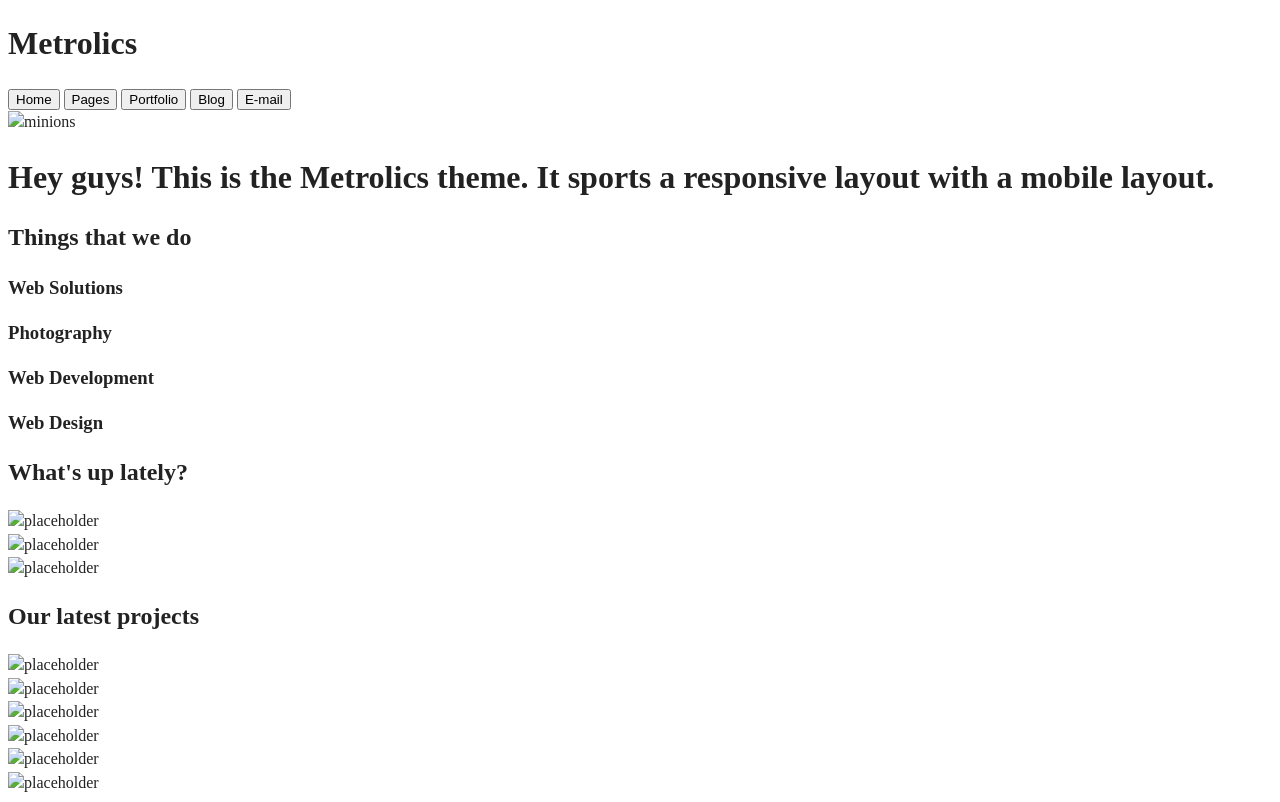
Repository: alemunden/HTML-Structure-and-Git
Page: index.html
These files come from the project's save history. The page is drawn as it stood at one moment and after the next save; the edit follows.
The browser window is 1280 px wide. The pictures show the whole page.

Above is the page before, as saved 2024-01-24 19:45:56.

### index.html
<!doctype html>
<html class="no-js" lang="">

<head>
  <meta charset="utf-8">
  <meta name="viewport" content="width=device-width, initial-scale=1">
  <title></title>
  <link rel="stylesheet" href="css/style.css">
  <meta name="description" content="">

  <meta property="og:title" content="">
  <meta property="og:type" content="">
  <meta property="og:url" content="">
  <meta property="og:image" content="">

  <link rel="icon" href="/favicon.ico" sizes="any">
  <link rel="icon" href="/icon.svg" type="image/svg+xml">
  <link rel="apple-touch-icon" href="icon.png">

  <link rel="manifest" href="site.webmanifest">
  <meta name="theme-color" content="#fafafa">
</head>

<body>
  <header class="page-header page-header-home">
    <div class="inner-container">
      <div class="content-container">
        <h1>Metrolics</h1>
      </div>
      <div class="content-container">
        <button class="navigation-button">Home</button>
        <button class="navigation-button">Pages</button>
        <button class="navigation-button">Portfolio</button>
        <button class="navigation-button">Blog</button>
        <button class="navigation-button">E-mail</button>
      </div>
    </div>
  </header>

  <div class="section section-image">
    <div class="inner-container">
      <div class="content-container">
        <img alt="minions">
      </div>
    </div>
  </div>

  <div class="section section-title">
    <div class="inner-container">
      <div class="content-container">
        <h1>Hey guys! This is the Metrolics theme. It sports a responsive layout with a mobile layout.</h1>
      </div>
    </div>
  </div>

  <div class="section section-ourthings">
    <div class="inner-container">
      <div class="content-container">
        <h2>Things that we do</h2>
      </div>
      <div class="content-container">
        <h3>Web Solutions</h3>
      </div>
      <div class="content-container">
        <h3>Photography</h3>
      </div>
      <div class="content-container">
        <h3>Web Development</h3>
      </div>
      <div class="content-container">
        <h3>Web Design</h3>
      </div>
    </div>
  </div>

  <div class="section section-news">
    <div>
      <div class="content-container">
        <h2>What's up lately?</h2>
      </div>
      <div class="content-container">
        <img alt="placeholder">
      </div>
      <div class="content-container">
        <img alt="placeholder">
      </div>
      <div class="content-container">
        <img alt="placeholder">
      </div>
    </div>
  </div>

  <div class="section section-projects">
    <div class="inner-container">
      <div class="content-container">
        <h2>Our latest projects</h2>
      </div>
      <div class="content-container">
        <img alt="placeholder">
      </div>
      <div class="content-container">
        <img alt="placeholder">
      </div>
      <div class="content-container">
        <img alt="placeholder">
      </div>
      <div class="content-container">
        <img alt="placeholder">
      </div>
      <div class="content-container">
        <img alt="placeholder">
      </div>
      <div class="content-container">
        <img alt="placeholder">
      </div>
    </div>
  </div>

  <script src="js/app.js"></script>
</body>

</html>

### css/style.css
/*! HTML5 Boilerplate v9.0.0-RC1 | MIT License | https://html5boilerplate.com/ */

/* main.css 3.0.0 | MIT License | https://github.com/h5bp/main.css#readme */
/*
 * What follows is the result of much research on cross-browser styling.
 * Credit left inline and big thanks to Nicolas Gallagher, Jonathan Neal,
 * Kroc Camen, and the H5BP dev community and team.
 */

/* ==========================================================================
   Base styles: opinionated defaults
   ========================================================================== */

html {
  color: #222;
  font-size: 1em;
  line-height: 1.4;
}

/*
 * Remove text-shadow in selection highlight:
 * https://twitter.com/miketaylr/status/12228805301
 *
 * Customize the background color to match your design.
 */

::-moz-selection {
  background: #b3d4fc;
  text-shadow: none;
}

::selection {
  background: #b3d4fc;
  text-shadow: none;
}

/*
 * A better looking default horizontal rule
 */

hr {
  display: block;
  height: 1px;
  border: 0;
  border-top: 1px solid #ccc;
  margin: 1em 0;
  padding: 0;
}

/*
 * Remove the gap between audio, canvas, iframes,
 * images, videos and the bottom of their containers:
 * https://github.com/h5bp/html5-boilerplate/issues/440
 */

audio,
canvas,
iframe,
img,
svg,
video {
  vertical-align: middle;
}

/*
 * Remove default fieldset styles.
 */

fieldset {
  border: 0;
  margin: 0;
  padding: 0;
}

/*
 * Allow only vertical resizing of textareas.
 */

textarea {
  resize: vertical;
}

/* ==========================================================================
   Author's custom styles
   ========================================================================== */

/* ==========================================================================
   Helper classes
   ========================================================================== */

/*
 * Hide visually and from screen readers
 */

.hidden,
[hidden] {
  display: none !important;
}

/*
 * Hide only visually, but have it available for screen readers:
 * https://snook.ca/archives/html_and_css/hiding-content-for-accessibility
 *
 * 1. For long content, line feeds are not interpreted as spaces and small width
 *    causes content to wrap 1 word per line:
 *    https://medium.com/@jessebeach/beware-smushed-off-screen-accessible-text-5952a4c2cbfe
 */

.visually-hidden {
  border: 0;
  clip: rect(0, 0, 0, 0);
  height: 1px;
  margin: -1px;
  overflow: hidden;
  padding: 0;
  position: absolute;
  white-space: nowrap;
  width: 1px;
  /* 1 */
}

/*
 * Extends the .visually-hidden class to allow the element
 * to be focusable when navigated to via the keyboard:
 * https://www.drupal.org/node/897638
 */

.visually-hidden.focusable:active,
.visually-hidden.focusable:focus {
  clip: auto;
  height: auto;
  margin: 0;
  overflow: visible;
  position: static;
  white-space: inherit;
  width: auto;
}

/*
 * Hide visually and from screen readers, but maintain layout
 */

.invisible {
  visibility: hidden;
}

/*
 * Clearfix: contain floats
 *
 * The use of `table` rather than `block` is only necessary if using
 * `::before` to contain the top-margins of child elements.
 */

.clearfix::before,
.clearfix::after {
  content: "";
  display: table;
}

.clearfix::after {
  clear: both;
}

/* ==========================================================================
   EXAMPLE Media Queries for Responsive Design.
   These examples override the primary ('mobile first') styles.
   Modify as content requires.
   ========================================================================== */

@media only screen and (min-width: 35em) {
  /* Style adjustments for viewports that meet the condition */
}

@media print,
  (-webkit-min-device-pixel-ratio: 1.25),
  (min-resolution: 1.25dppx),
  (min-resolution: 120dpi) {
  /* Style adjustments for high resolution devices */
}

/* ==========================================================================
   Print styles.
   Inlined to avoid the additional HTTP request:
   https://www.phpied.com/delay-loading-your-print-css/
   ========================================================================== */

@media print {
  *,
  *::before,
  *::after {
    background: #fff !important;
    color: #000 !important;
    /* Black prints faster */
    box-shadow: none !important;
    text-shadow: none !important;
  }

  a,
  a:visited {
    text-decoration: underline;
  }

  a[href]::after {
    content: " (" attr(href) ")";
  }

  abbr[title]::after {
    content: " (" attr(title) ")";
  }

  /*
   * Don't show links that are fragment identifiers,
   * or use the `javascript:` pseudo protocol
   */
  a[href^="#"]::after,
  a[href^="javascript:"]::after {
    content: "";
  }

  pre {
    white-space: pre-wrap !important;
  }

  pre,
  blockquote {
    border: 1px solid #999;
    page-break-inside: avoid;
  }

  tr,
  img {
    page-break-inside: avoid;
  }

  p,
  h2,
  h3 {
    orphans: 3;
    widows: 3;
  }

  h2,
  h3 {
    page-break-after: avoid;
  }
}

Loaded but not shown: js/app.js (no stored copy; drawn as an empty file)

After the next save:
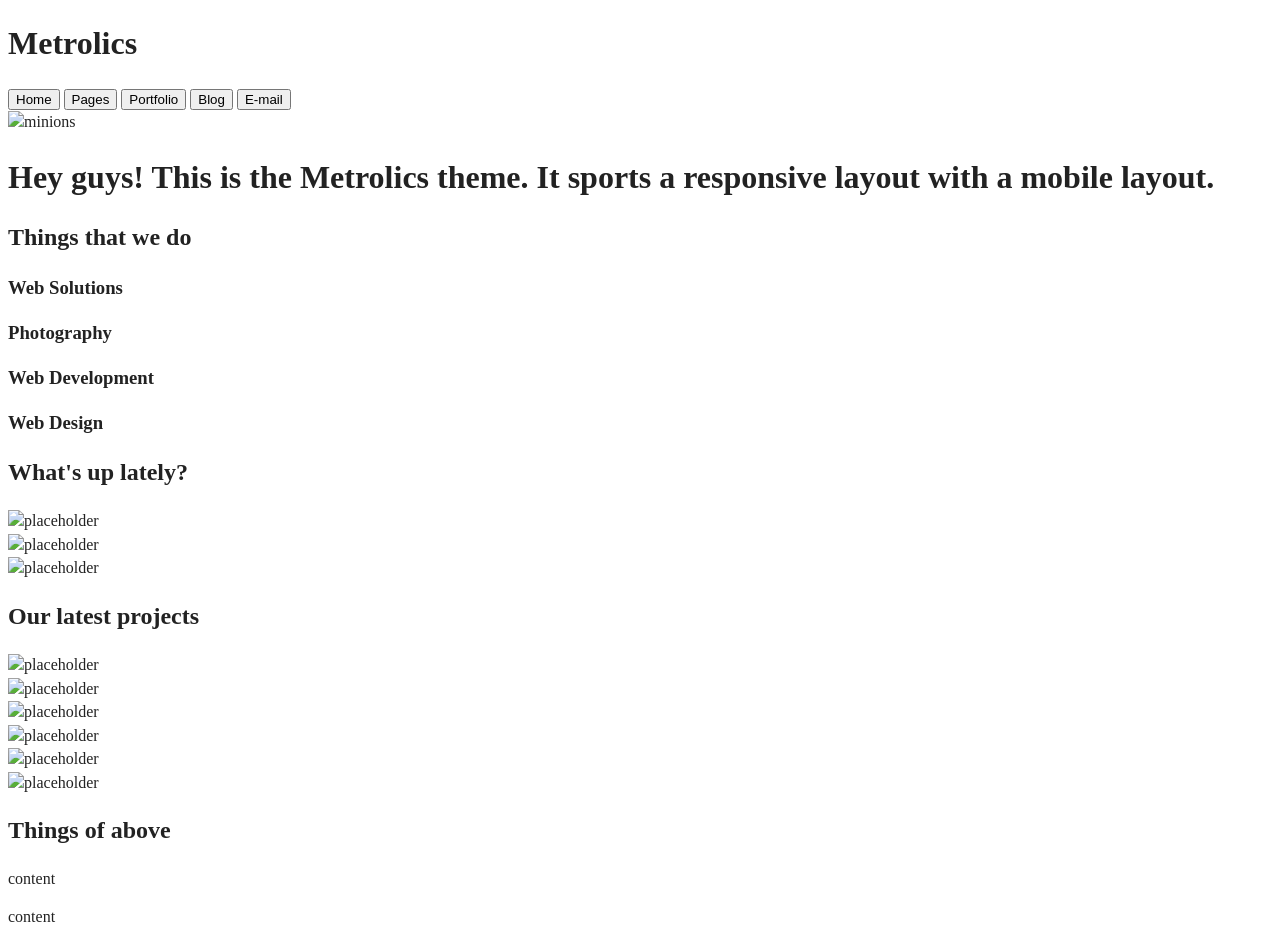
Saved 84 s later.
--- a/index.html
+++ b/index.html
@@ -116,6 +116,20 @@
     </div>
   </div>
 
+  <div class="section section-things">
+    <div class="inner-container">
+      <div class="content-container">
+        <h2>Things of above</h2>
+      </div>
+      <div class="content-container">
+        <p>content</p>
+      </div>
+      <div class="content-container">
+        <p>content</p>
+      </div>
+    </div>
+  </div>
+
   <script src="js/app.js"></script>
 </body>
 
